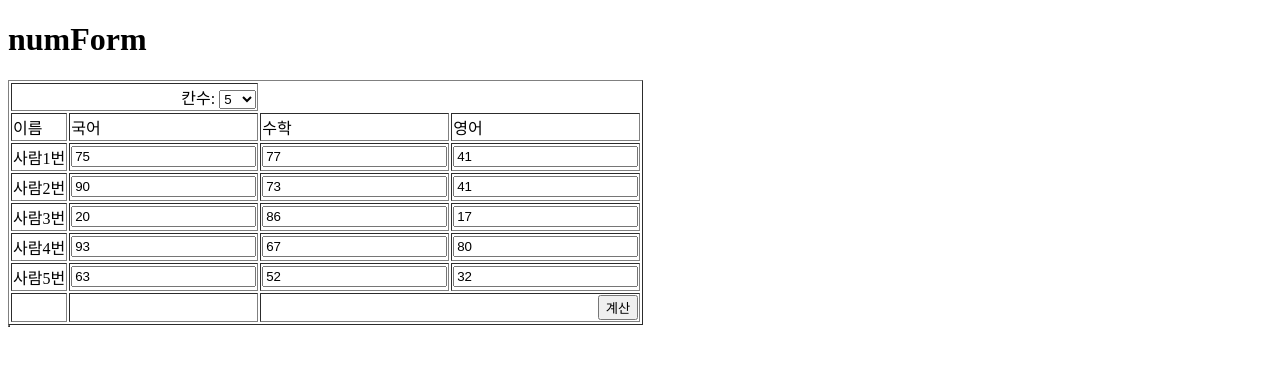
Repository: Jamikidu/newJsp
Page: http://localhost/jspProj/request/numForm.jsp
These files come from the project's save history. The page is drawn as it stood at one moment and after the next save; the edit follows.
The browser window is 1280 px wide. The pictures show the whole page.
The page is served by Tomcat 9.

Above is the page before, as saved 2023-07-27 08:17:42.

After the next save:
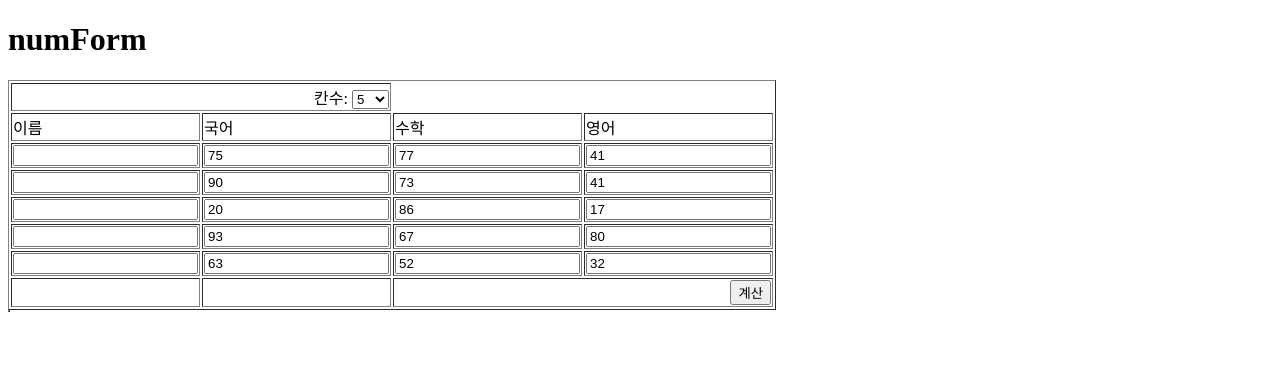
Saved 60 s later.
--- a/jspProj/src/main/webapp/request/numForm.jsp
+++ b/jspProj/src/main/webapp/request/numForm.jsp
@@ -51,7 +51,7 @@
 
 		 <% for(int i=0;i<5;i++){ %>
 
-			<td>사람<%=i+1 %>번</td>
+			<td><input type="text" name="per"></td>
 			<td><input type="text" name="kor" value="<%=(int)(Math.random()*90)+10 %>" /></td>
 			<td><input type="text" name="eng" value="<%=(int)(Math.random()*90)+10 %>" /></td>
 			<td><input type="text" name="meth" value="<%=(int)(Math.random()*90)+10 %>" /></td>
